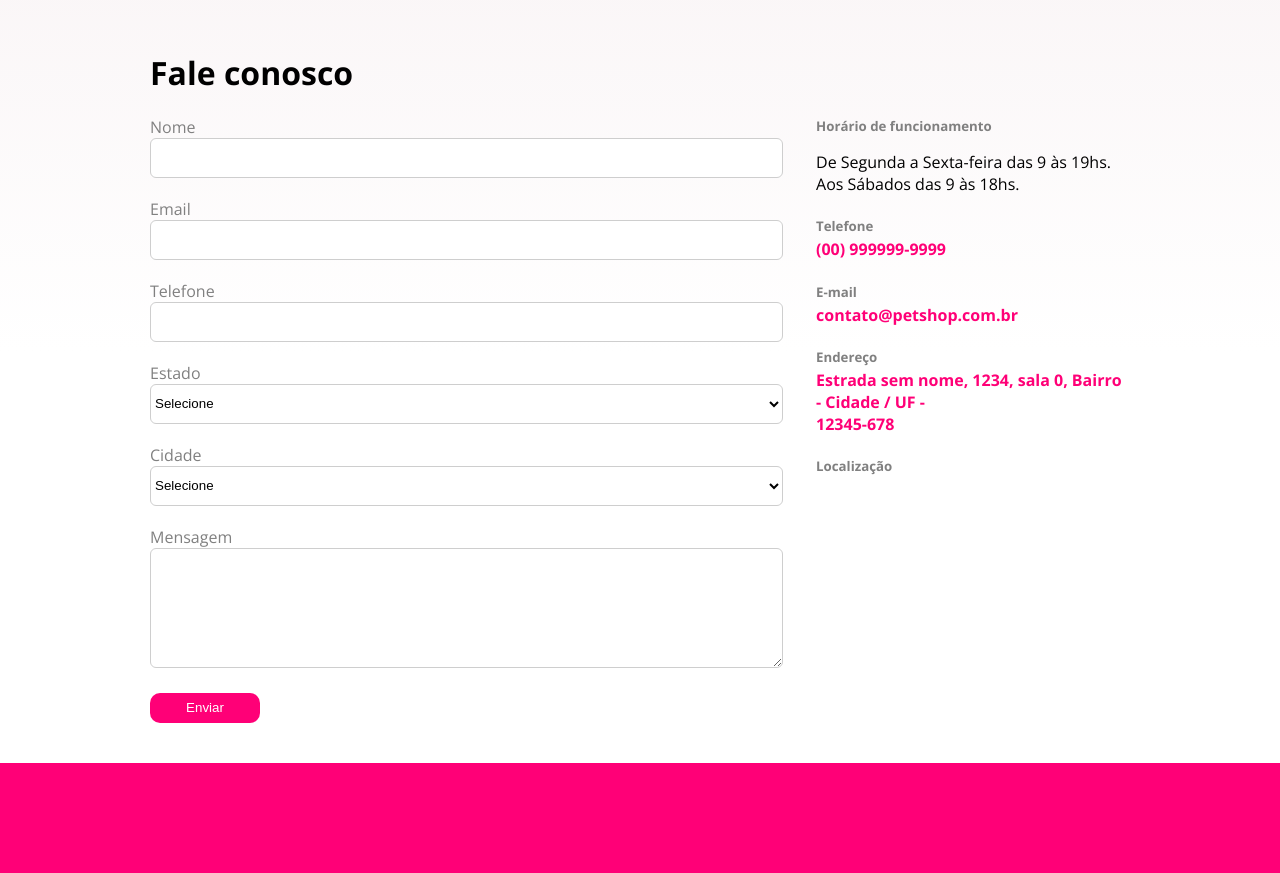
Repository: Carolden/ProhetoPetShop
Page: faleconosco.html
An editor plug-in stored every save of this project. The page is shown before and after the next save, followed by the edit.
The browser window is 1280 px wide. The pictures show the part of the page from y = 270 to 1143 px (the page is 1824 px tall before and 1854 px after).
Pictures or frames that could not be fetched are drawn as grey boxes. A picture or video elsewhere on the page could not be fetched, so the positions and the page height are approximate.

Above is the page before, as saved 2023-05-02 13:51:09.

After the next save:
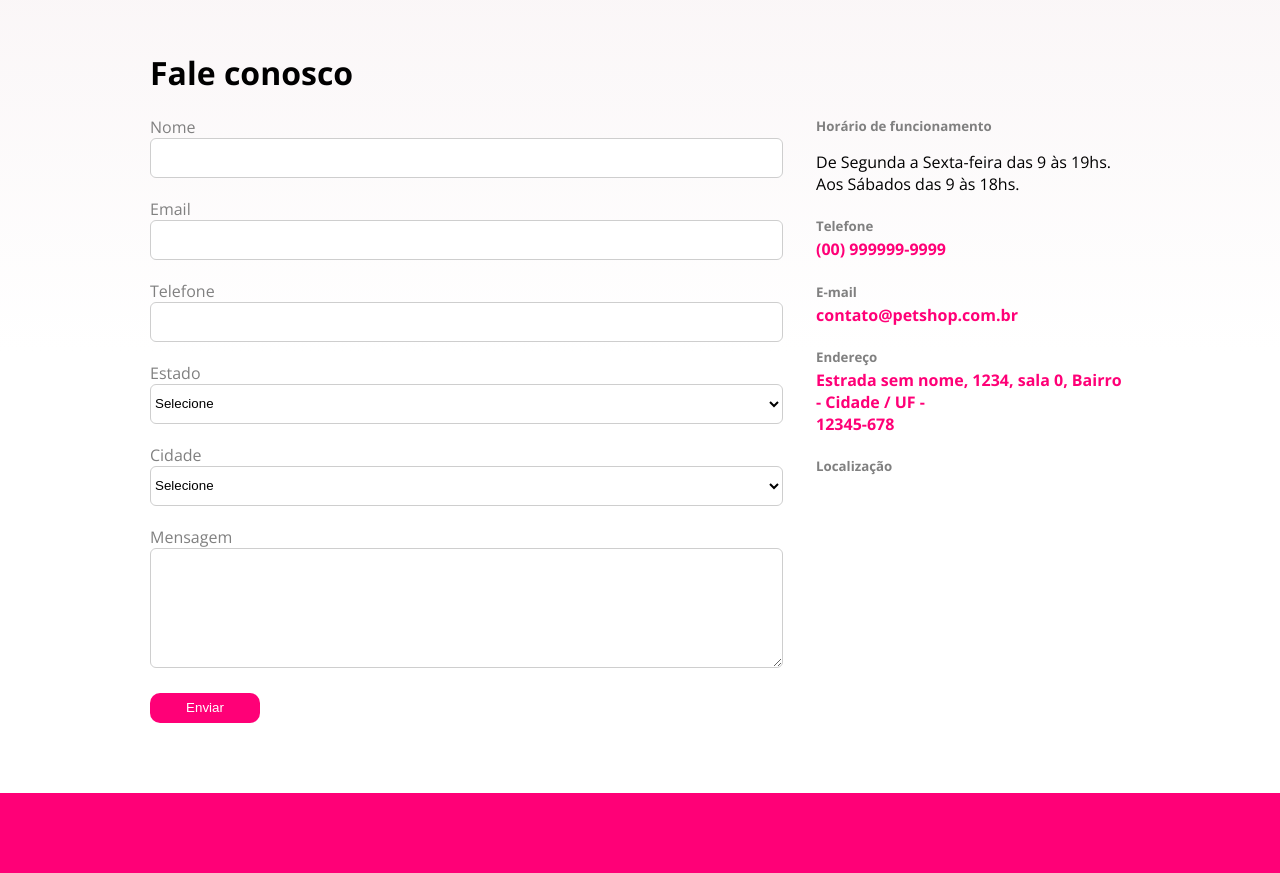
Saved 7 s later.
--- a/faleconosco.css
+++ b/faleconosco.css
@@ -57,7 +57,7 @@ a:hover {
     display: flex;
     padding-top: 50px;
     background-image: linear-gradient(0, #ffffff 0, #ffffff 50%, #faf6f7 100%);
-    margin-bottom: 40px;
+    margin-bottom: 70px;
 
 }
 
